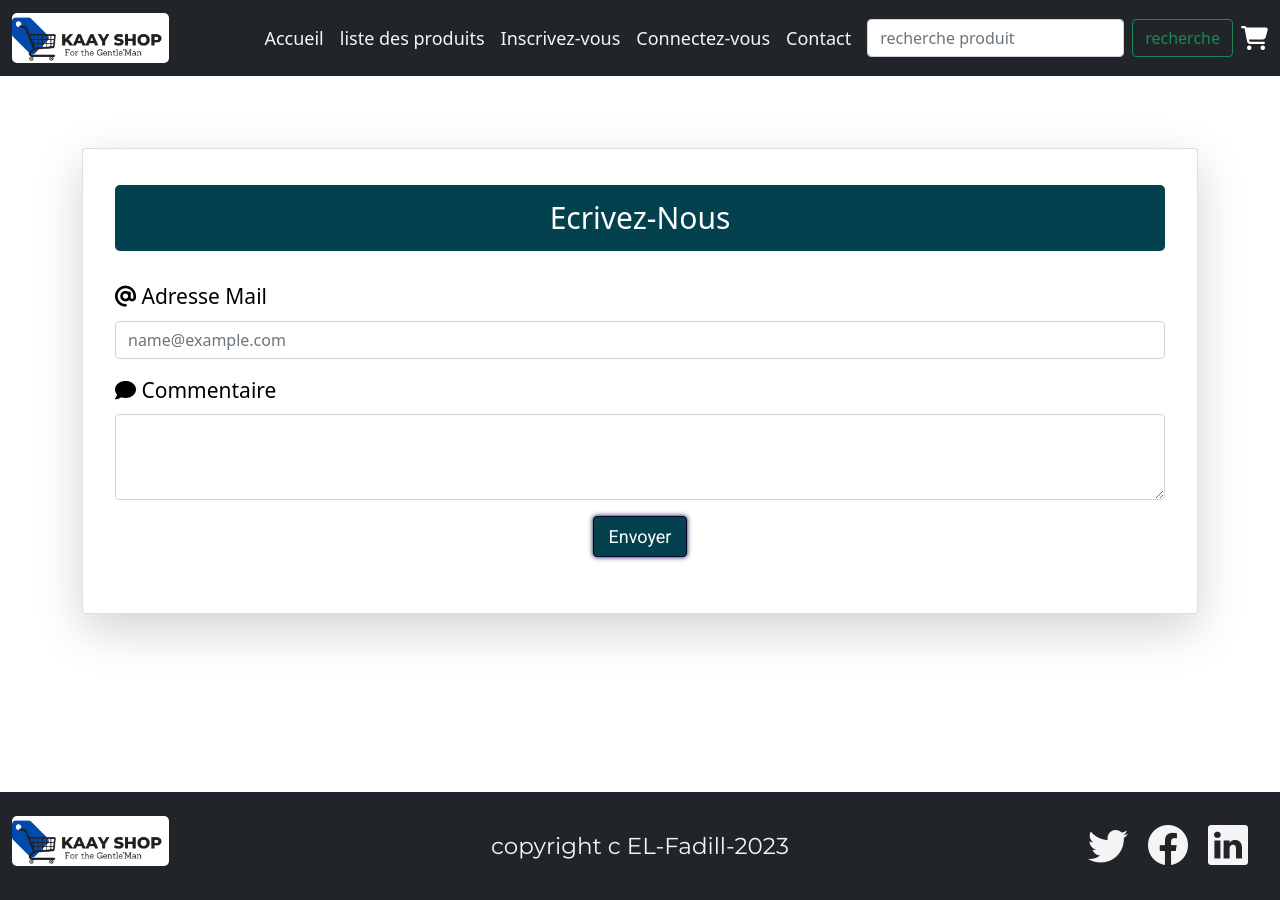
Repository: wadelfadill/Mini_projet_bootstrap_Site_vente_online
Page: contact.html
The author's editor kept a copy of each file at every save. The page is drawn from the files as they stood at one save, then again after the next save.
The browser window is 1280 px wide. The pictures show the whole page.
The first visible `.card button` has the focus.
Some web libraries are served in a nearby version.

Above is the page before, as saved 2023-05-19 11:37:15.

After the next save:
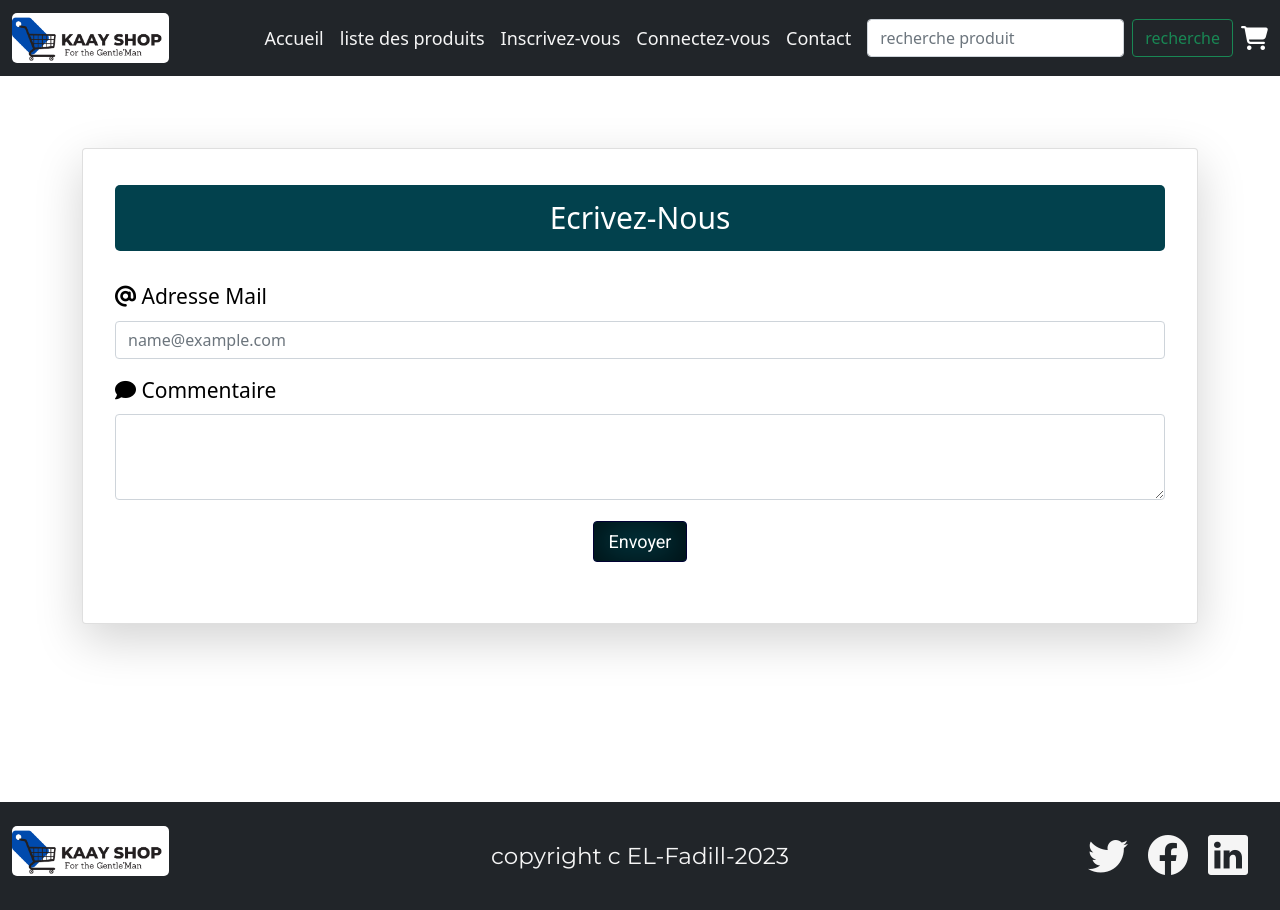
Saved 4 min 50 s later.
--- a/assets/css/contact_style.css
+++ b/assets/css/contact_style.css
@@ -39,6 +39,9 @@
     padding-bottom: 40px !important;
 }
 .card button:focus{
-    box-shadow: 0px 0px 5px rgb(1, 1, 51) !important;
+    box-shadow: -2px 0px 33px 8px rgba(0,0,0,0.73) inset;
+    -webkit-box-shadow: -2px 0px 33px 8px rgba(0,0,0,0.73) inset;
+    -moz-box-shadow: -2px 0px 33px 8px rgba(0,0,0,0.73) inset;
+    margin: 5px;
 
 }

After the 2 saves that followed:
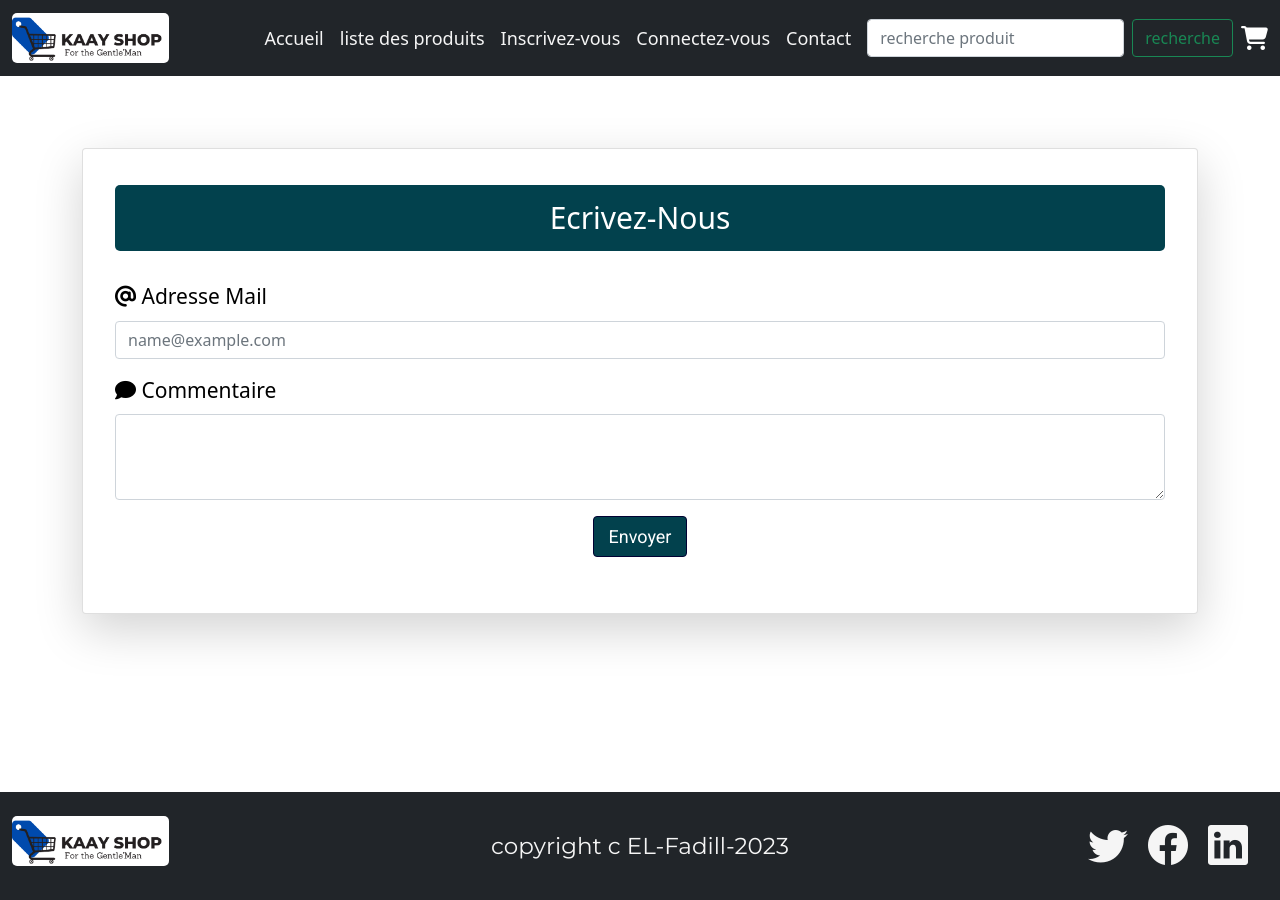
The 2 saves are shown as one change because 1 left the picture as it was.
The last was saved 5 min 2 s later.
--- a/assets/css/contact_style.css
+++ b/assets/css/contact_style.css
@@ -39,9 +39,7 @@
     padding-bottom: 40px !important;
 }
 .card button:focus{
-    box-shadow: -2px 0px 33px 8px rgba(0,0,0,0.73) inset;
-    -webkit-box-shadow: -2px 0px 33px 8px rgba(0,0,0,0.73) inset;
-    -moz-box-shadow: -2px 0px 33px 8px rgba(0,0,0,0.73) inset;
-    margin: 5px;
+    box-shadow: none;
+    border: 14px solid rgba(5, 16, 37, 0.52);
 
 }
